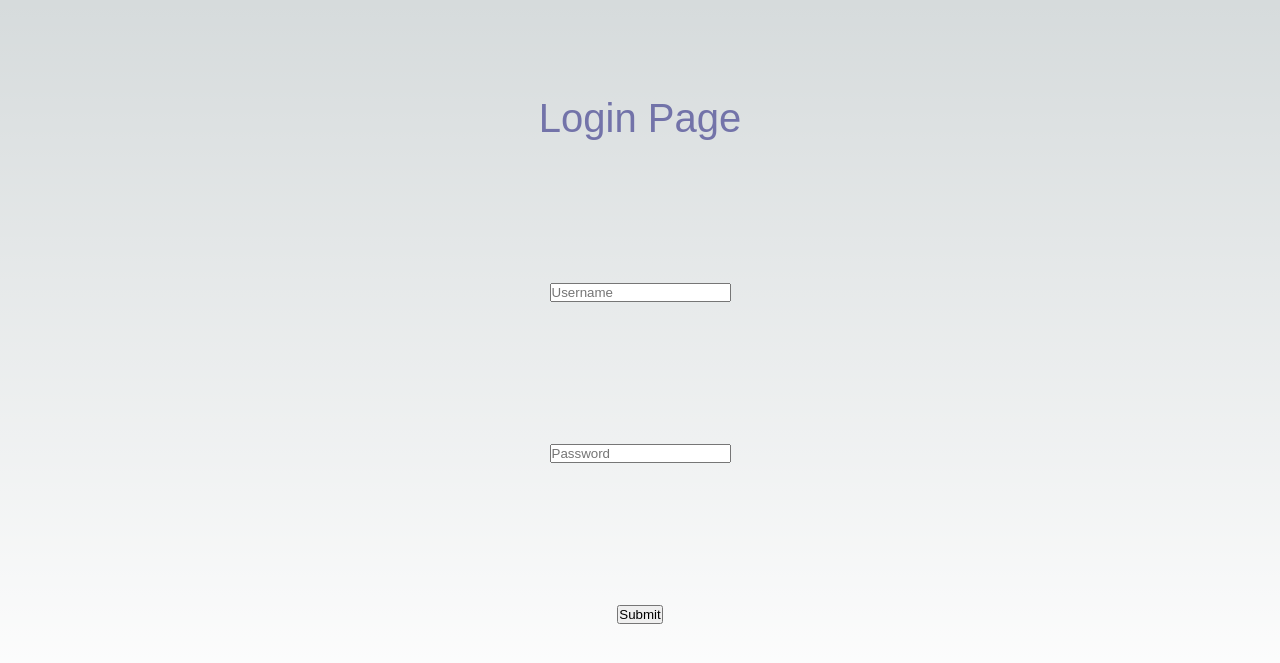
Repository: SaraShio/counter
Page: /
An editor plug-in stored every save of this project. The page is shown before and after the next save, followed by the edit.
The browser window is 1280 px wide. The pictures show the whole page.
The project was rebuilt for these pictures with package versions that can differ from the ones it lists, and the page was loaded fresh each time. The framework's server and built-in components were replaced by stand-ins that run in the browser. Also part of the build but not shown: next.config.js.

Above is the page before, as saved 2023-01-15 20:09:29.

### pages/index.js
import Head from 'next/head'
import Image from 'next/image'
import { Inter } from '@next/font/google'
import styles from '../styles/Home.module.css'
import { useEffect, useState } from 'react'
import { useRouter } from 'next/router'


const inter = Inter({ subsets: ['latin'] })

export default function Home() {

  const router = useRouter();

  const [formData, setFormData] = useState({
    firstName: '',
    username: '',
  })

  const CheckLogin = () => {
    console.log(formData.firstName);
    console.log(formData);

    if (formData.username !== null) {
      router.push({
        pathname: './counter',
        query: {
          username: formData.firstName
        }
      })
    }
  }


  return (
    <>
      <Head>
        <title>Create Next App</title>
        <meta name="description" content="Generated by create next app" />
        <meta name="viewport" content="width=device-width, initial-scale=1" />
        <link rel="icon" href="/favicon.ico" />
      </Head>
      <main className={styles.main}>
        <label>Login Page</label>
        <input
          placeholder='Username'
          type="text"
          id="first"
          name="first"
          pattern="[A-Z]{1}[a-z]{2-10}"
          title="The first letter should be uppercase"
          onChange={(e => setFormData({ ...formData, firstName: e.target.value }))}
        />

        <input
          placeholder='Password'
          type="text"
          id="username"
          name="username"
          required
          minLength="5"
          maxLength="10"
          onChange={(e => setFormData({ ...formData, username: e.target.value }))}

        />


        <button class="submit-button" type="submit" onClick={() => CheckLogin()}>Submit</button>

      </main>
    </>
  )
}

### styles/globals.css
:root {
  --max-width: 1100px;
  --border-radius: 12px;
  --font-mono: ui-monospace, Menlo, Monaco, 'Cascadia Mono', 'Segoe UI Mono',
    'Roboto Mono', 'Oxygen Mono', 'Ubuntu Monospace', 'Source Code Pro',
    'Fira Mono', 'Droid Sans Mono', 'Courier New', monospace;

  --foreground-rgb: 0, 0, 0;
  --background-start-rgb: 214, 219, 220;
  --background-end-rgb: 255, 255, 255;

  --medium-purple: #6565a2e3;
  --large-main-font: 40px;
  --new-font: 'Raleway', sans-serif, 'Unbounded', cursive;


  --primary-glow: conic-gradient(from 180deg at 50% 50%,
      #16abff33 0deg,
      #0885ff33 55deg,
      #54d6ff33 120deg,
      #0071ff33 160deg,
      transparent 360deg);
  --secondary-glow: radial-gradient(rgba(255, 255, 255, 1),
      rgba(255, 255, 255, 0));

  --tile-start-rgb: 239, 245, 249;
  --tile-end-rgb: 228, 232, 233;
  --tile-border: conic-gradient(#00000080,
      #00000040,
      #00000030,
      #00000020,
      #00000010,
      #00000010,
      #00000080);

  --callout-rgb: 238, 240, 241;
  --callout-border-rgb: 172, 175, 176;
  --card-rgb: 180, 185, 188;
  --card-border-rgb: 131, 134, 135;
}

@media (prefers-color-scheme: dark) {
  :root {
    --foreground-rgb: 255, 255, 255;
    --background-start-rgb: 0, 0, 0;
    --background-end-rgb: 0, 0, 0;

    --primary-glow: radial-gradient(rgba(1, 65, 255, 0.4), rgba(1, 65, 255, 0));
    --secondary-glow: linear-gradient(to bottom right,
        rgba(1, 65, 255, 0),
        rgba(1, 65, 255, 0),
        rgba(1, 65, 255, 0.3));

    --tile-start-rgb: 2, 13, 46;
    --tile-end-rgb: 2, 5, 19;
    --tile-border: conic-gradient(#ffffff80,
        #ffffff40,
        #ffffff30,
        #ffffff20,
        #ffffff10,
        #ffffff10,
        #ffffff80);

    --callout-rgb: 20, 20, 20;
    --callout-border-rgb: 108, 108, 108;
    --card-rgb: 100, 100, 100;
    --card-border-rgb: 200, 200, 200;
  }
}

* {
  box-sizing: border-box;
  padding: 0;
  margin: 0;
}

html,
body {
  max-width: 100vw;
  overflow-x: hidden;
}

body {
  color: rgb(var(--foreground-rgb));
  background: linear-gradient(to bottom,
      transparent,
      rgb(var(--background-end-rgb))) rgb(var(--background-start-rgb));
}

a {
  color: inherit;
  text-decoration: none;
}

@media (prefers-color-scheme: dark) {
  html {
    color-scheme: dark;
  }
}

### styles/Home.module.css
.main {
  display: flex;
  flex-direction: column;
  justify-content: space-between;
  align-items: center;
  padding: 6rem;
  min-height: 100vh;
  color: var(--medium-purple);
  font-size: var(--large-main-font);
  font-family: var(--new-font);
}


.description {
  display: inherit;
  justify-content: inherit;
  align-items: inherit;
  font-size: 0.85rem;
  max-width: var(--max-width);
  width: 100%;
  z-index: 2;
  font-family: var(--font-mono);
}

.description a {
  display: flex;
  justify-content: center;
  align-items: center;
  gap: 0.5rem;
}

.description p {
  position: relative;
  margin: 0;
  padding: 1rem;
  background-color: rgba(var(--callout-rgb), 0.5);
  border: 1px solid rgba(var(--callout-border-rgb), 0.3);
  border-radius: var(--border-radius);
}

.code {
  font-weight: 700;
  font-family: var(--font-mono);
}

.grid {
  display: grid;
  grid-template-columns: repeat(4, minmax(25%, auto));
  width: var(--max-width);
  max-width: 100%;
}

.card {
  padding: 1rem 1.2rem;
  border-radius: var(--border-radius);
  background: yellow;
  border: 1px solid rgba(var(--card-border-rgb), 0);
  transition: background 200ms, border 200ms;
}

.card span {
  display: inline-block;
  transition: transform 200ms;
}

.card h2 {
  font-weight: 600;
  margin-bottom: 0.7rem;
}

.card p {
  margin: 0;
  opacity: 0.6;
  font-size: 0.9rem;
  line-height: 1.5;
  max-width: 30ch;
}

.center {
  display: flex;
  justify-content: center;
  align-items: center;
  position: relative;
  padding: 4rem 0;
}

.center::before {
  background: var(--secondary-glow);
  border-radius: 50%;
  width: 480px;
  height: 360px;
  margin-left: -400px;
}

.center::after {
  background: var(--primary-glow);
  width: 240px;
  height: 180px;
  z-index: -1;
}

.center::before,
.center::after {
  content: '';
  left: 50%;
  position: absolute;
  filter: blur(45px);
  transform: translateZ(0);
}

.logo,
.thirteen {
  position: relative;
}

.thirteen {
  display: flex;
  justify-content: center;
  align-items: center;
  width: 75px;
  height: 75px;
  padding: 25px 10px;
  margin-left: 16px;
  transform: translateZ(0);
  border-radius: var(--border-radius);
  overflow: hidden;
  box-shadow: 0px 2px 8px -1px #0000001a;
}


.thirteen::before,
.thirteen::after {
  content: '';
  position: absolute;
  z-index: -1;
}

/* Conic Gradient Animation */
.thirteen::before {
  animation: 6s rotate linear infinite;
  width: 200%;
  height: 200%;
  background: var(--tile-border);
}

/* Inner Square */
.thirteen::after {
  inset: 0;
  padding: 1px;
  border-radius: var(--border-radius);
  background: linear-gradient(to bottom right,
      rgba(var(--tile-start-rgb), 1),
      rgba(var(--tile-end-rgb), 1));
  background-clip: content-box;
}

/* Enable hover only on non-touch devices */
@media (hover: hover) and (pointer: fine) {
  .card:hover {
    background: rgba(var(--card-rgb), 0.1);
    border: 1px solid rgba(var(--card-border-rgb), 0.15);
  }

  .card:hover span {
    transform: translateX(4px);
  }
}

@media (prefers-reduced-motion) {
  .thirteen::before {
    animation: none;
  }

  .card:hover span {
    transform: none;
  }
}

/* Mobile */
@media (max-width: 700px) {
  .content {
    padding: 4rem;
  }

  .grid {
    grid-template-columns: 1fr;
    margin-bottom: 120px;
    max-width: 320px;
    text-align: center;
  }

  .card {
    padding: 1rem 2.5rem;
  }

  .card h2 {
    margin-bottom: 0.5rem;
  }

  .center {
    padding: 8rem 0 6rem;
  }

  .center::before {
    transform: none;
    height: 300px;
  }

  .description {
    font-size: 0.8rem;
  }

  .description a {
    padding: 1rem;
  }

  .description p,
  .description div {
    display: flex;
    justify-content: center;
    position: fixed;
    width: 100%;
  }

  .description p {
    align-items: center;
    inset: 0 0 auto;
    padding: 2rem 1rem 1.4rem;
    border-radius: 0;
    border: none;
    border-bottom: 1px solid rgba(var(--callout-border-rgb), 0.25);
    background: linear-gradient(to bottom,
        rgba(var(--background-start-rgb), 1),
        rgba(var(--callout-rgb), 0.5));
    background-clip: padding-box;
    backdrop-filter: blur(24px);
  }

  .description div {
    align-items: flex-end;
    pointer-events: none;
    inset: auto 0 0;
    padding: 2rem;
    height: 200px;
    background: linear-gradient(to bottom,
        transparent 0%,
        rgb(var(--background-end-rgb)) 40%);
    z-index: 1;
  }
}

/* Tablet and Smaller Desktop */
@media (min-width: 701px) and (max-width: 1120px) {
  .grid {
    grid-template-columns: repeat(2, 50%);
  }
}

@media (prefers-color-scheme: dark) {
  .vercelLogo {
    filter: invert(1);
  }

  .logo,
  .thirteen img {
    filter: invert(1) drop-shadow(0 0 0.3rem #ffffff70);
  }
}

@keyframes rotate {
  from {
    transform: rotate(360deg);
  }

  to {
    transform: rotate(0deg);
  }
}

Loaded but not shown: pages/_app.js (common file); pages/_document.js (common file)

After the next save:
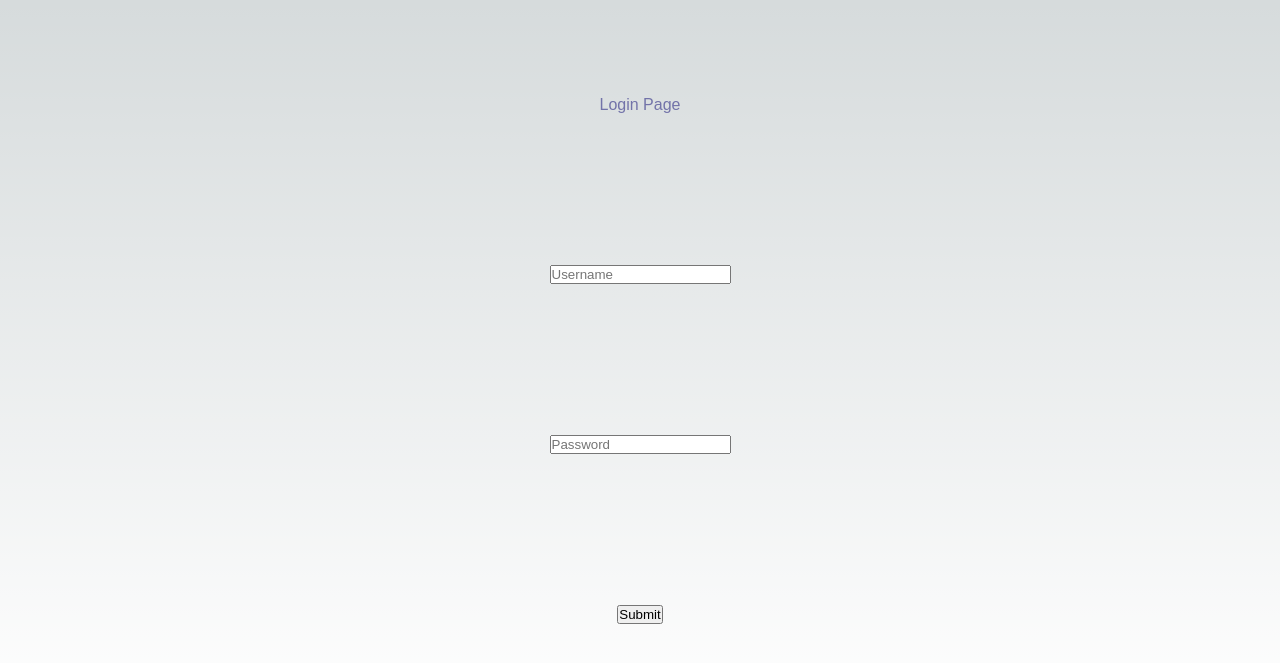
Saved 34 min 4 s later.
--- a/styles/globals.css
+++ b/styles/globals.css
@@ -10,7 +10,7 @@
   --background-end-rgb: 255, 255, 255;
 
   --medium-purple: #6565a2e3;
-  --large-main-font: 40px;
+  --large-header-font: 40px;
   --new-font: 'Raleway', sans-serif, 'Unbounded', cursive;
 
 

After the save that followed:
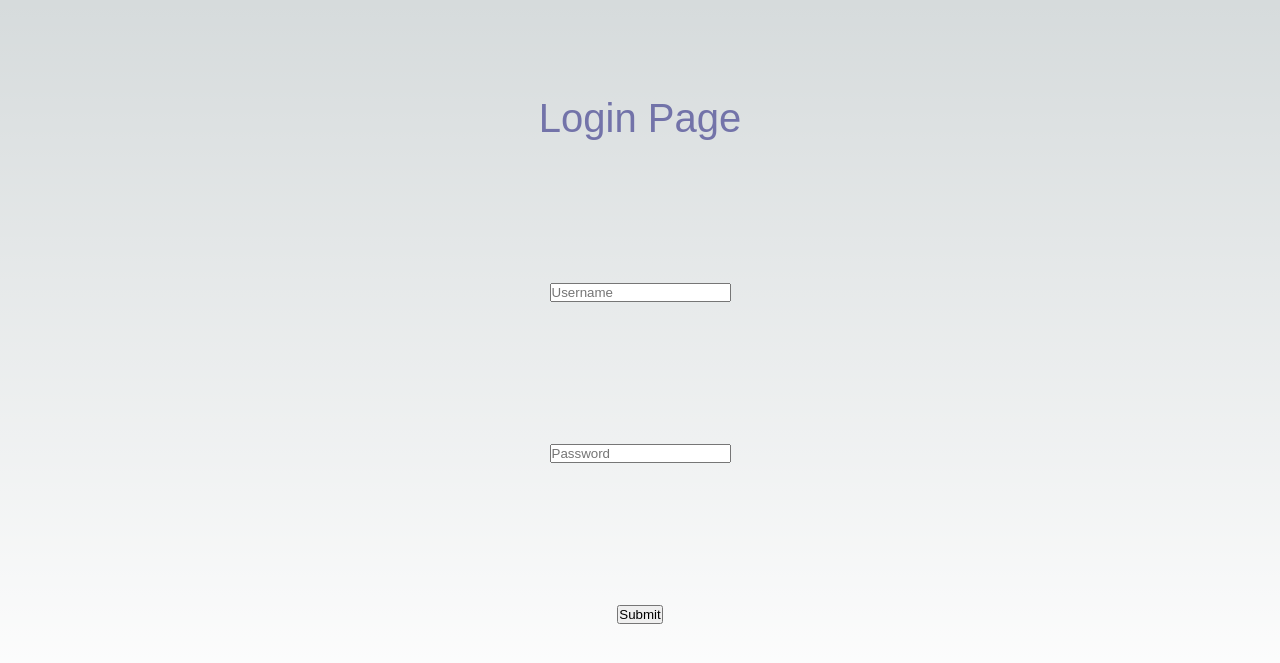
Saved 34 s later.
--- a/styles/Home.module.css
+++ b/styles/Home.module.css
@@ -6,7 +6,7 @@
   padding: 6rem;
   min-height: 100vh;
   color: var(--medium-purple);
-  font-size: var(--large-main-font);
+  font-size: var(--large-header-font);
   font-family: var(--new-font);
 }
 
